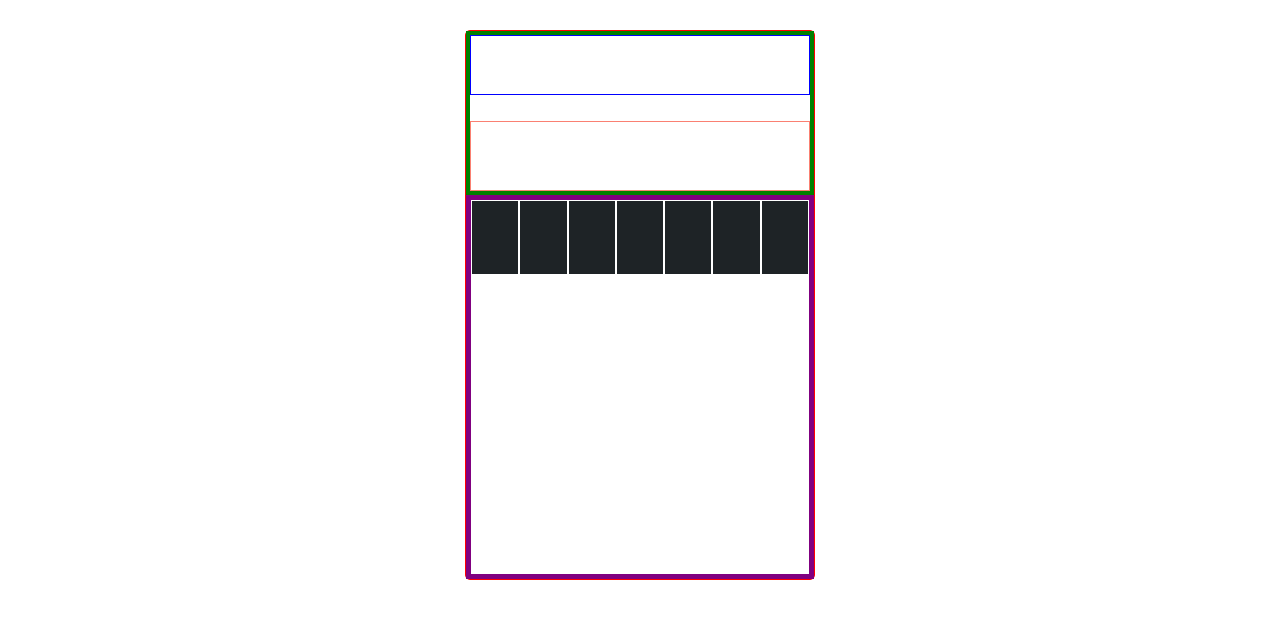
Repository: OfirLana/Calculator
Page: index.html
These files come from the project's save history. The page is drawn as it stood at one moment and after a run of saves; the edit follows.
The browser window is 1280 px wide. The pictures show the whole page.

Above is the page before, as saved 2019-03-12 18:25:13.

After the next 3 saves:
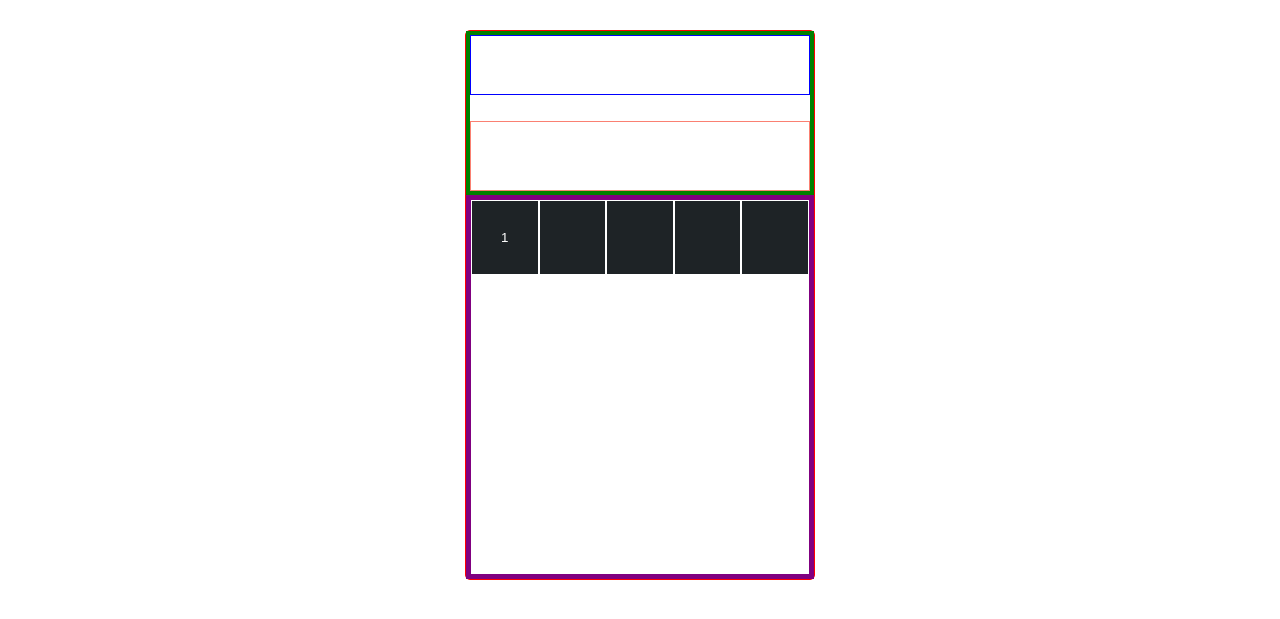
The 3 saves are shown as one change because they came seconds apart.
The last was saved 5 s later.
--- a/index.html
+++ b/index.html
@@ -27,9 +27,7 @@
 
 
         <div class="opeartor_box">
-            <button class="opeartor_button"></button>
-            <button class="opeartor_button"></button>
-            <button class="opeartor_button"></button>
+            <button class="opeartor_button">1</button>
             <button class="opeartor_button"></button>
             <button class="opeartor_button"></button>
             <button class="opeartor_button"></button>
